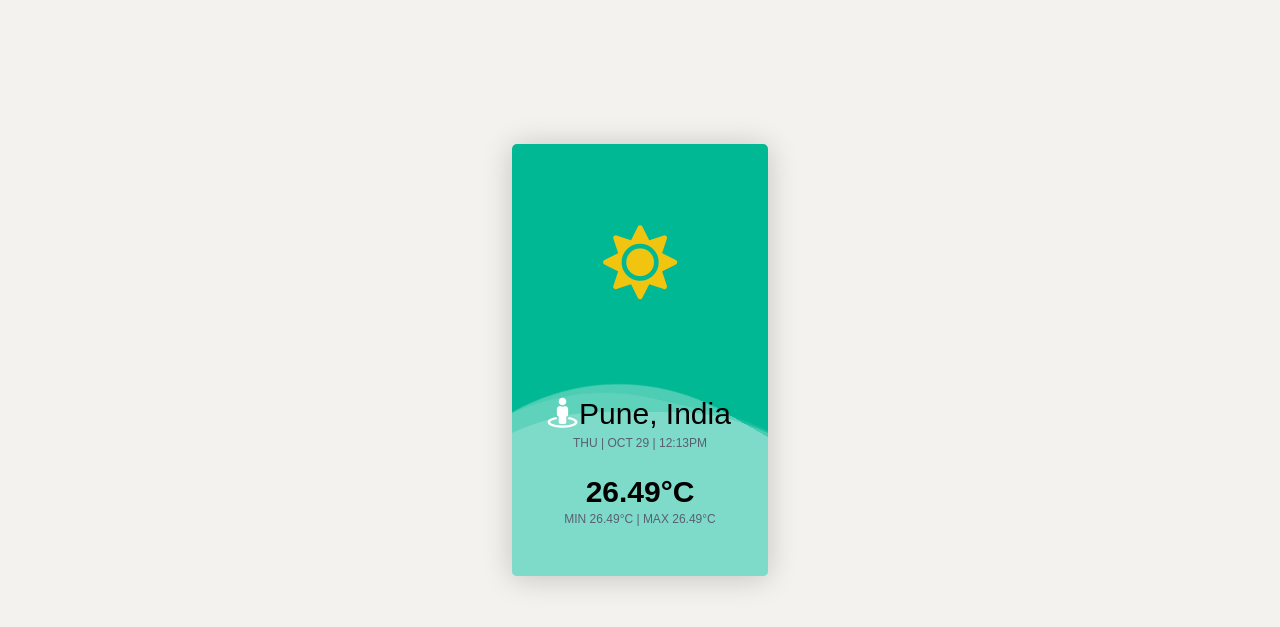
Repository: AalokJadhav/Weather_Website
Page: home.html
The author's editor kept a copy of each file at every save. The page is drawn from the files as they stood at one save, then again after the next save.
The browser window is 1280 px wide. The pictures show the whole page.
Some web libraries are served in a nearby version.

Above is the page before, as saved 2020-11-02 11:59:12.
Console error: ReferenceError: min is not defined

After the next save:
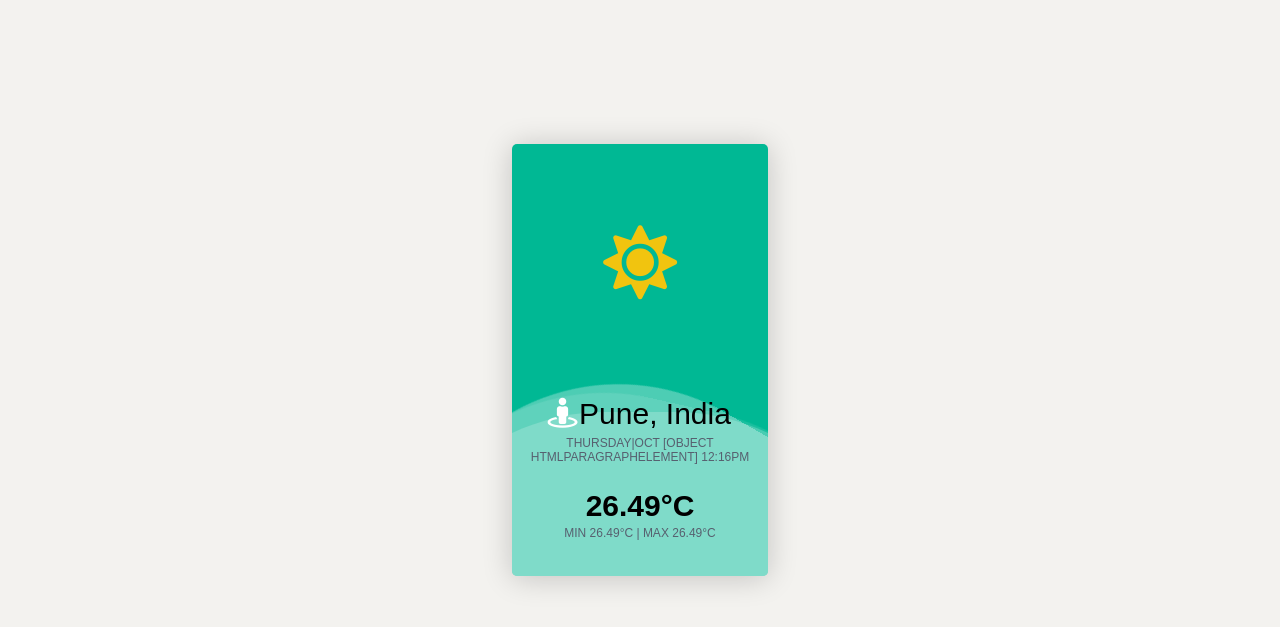
The error is gone.
Saved 9 min 20 s later.
--- a/home.html
+++ b/home.html
@@ -244,6 +244,8 @@
             weekday[6] = "Saturday";
             let currentTime = new Date();
             console.log(weekday[currentTime.getDay()]);
+            let day = weekday[currentTime.getDay()];
+            return day;
         };
 
         const getCurrentTime = () => {
@@ -272,15 +274,16 @@
             let periods = 'AM';
             if (hours > 11) {
                 periods = 'PM';
+                if (hours > 12) hours -= 12;
             };
-            if (hours > 12) hours -= 12;
-
-            if (min < 10) {
+
+            if (mins < 10) {
                 mins = '0' + mins;
             };
-            curDate.innerHTML = getCurrentTime() + '|' + getCurrentTime()
+            return `${month} ${date} ${hours}:${mins}${periods}`
             console.log(month + "/", + day);
         };
+        curDate.innerHTML = getCurrentDay() + '|' + getCurrentTime()
         getCurrentTime();
 
 
